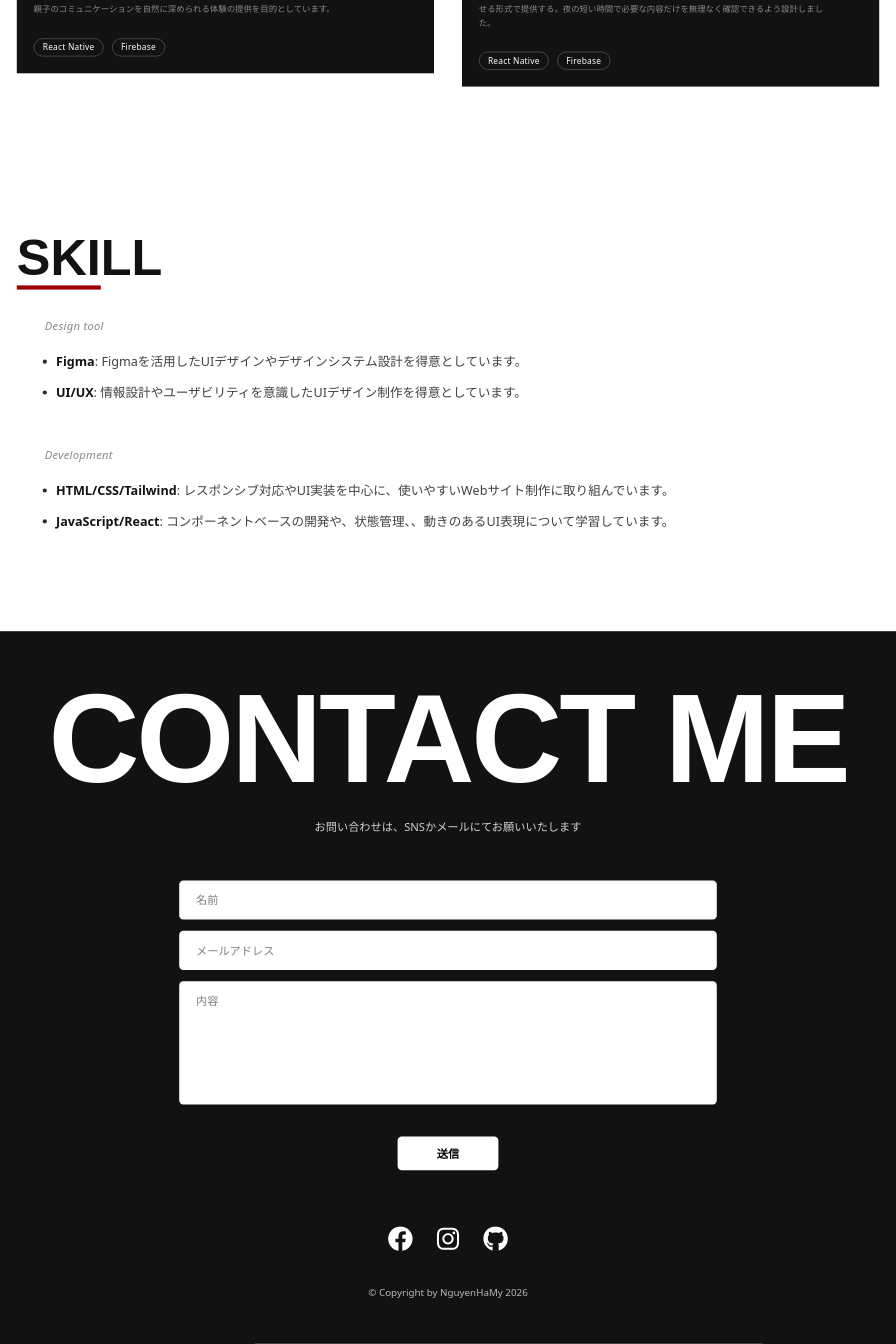
Repository: meme2603/Portfolio-HaMy
Page: / (app in my-portfolio/)
An editor plug-in stored every save of this project. The page is shown before and after the next save, followed by the edit.
The browser window is 1280 px wide. The pictures show the part of the page from y = 4474 to 6394 px (the page is 6394 px tall before and 6386 px after), at 70% of full size.
Some web fonts or font styles are not loaded; a fallback is used. The project was rebuilt for these pictures with package versions that can differ from the ones it lists, and the page was loaded fresh each time. Also part of the build but not shown: my-portfolio/vite.config.js.

Above is the page before, as saved 2026-05-29 14:50:33.

After the next save:
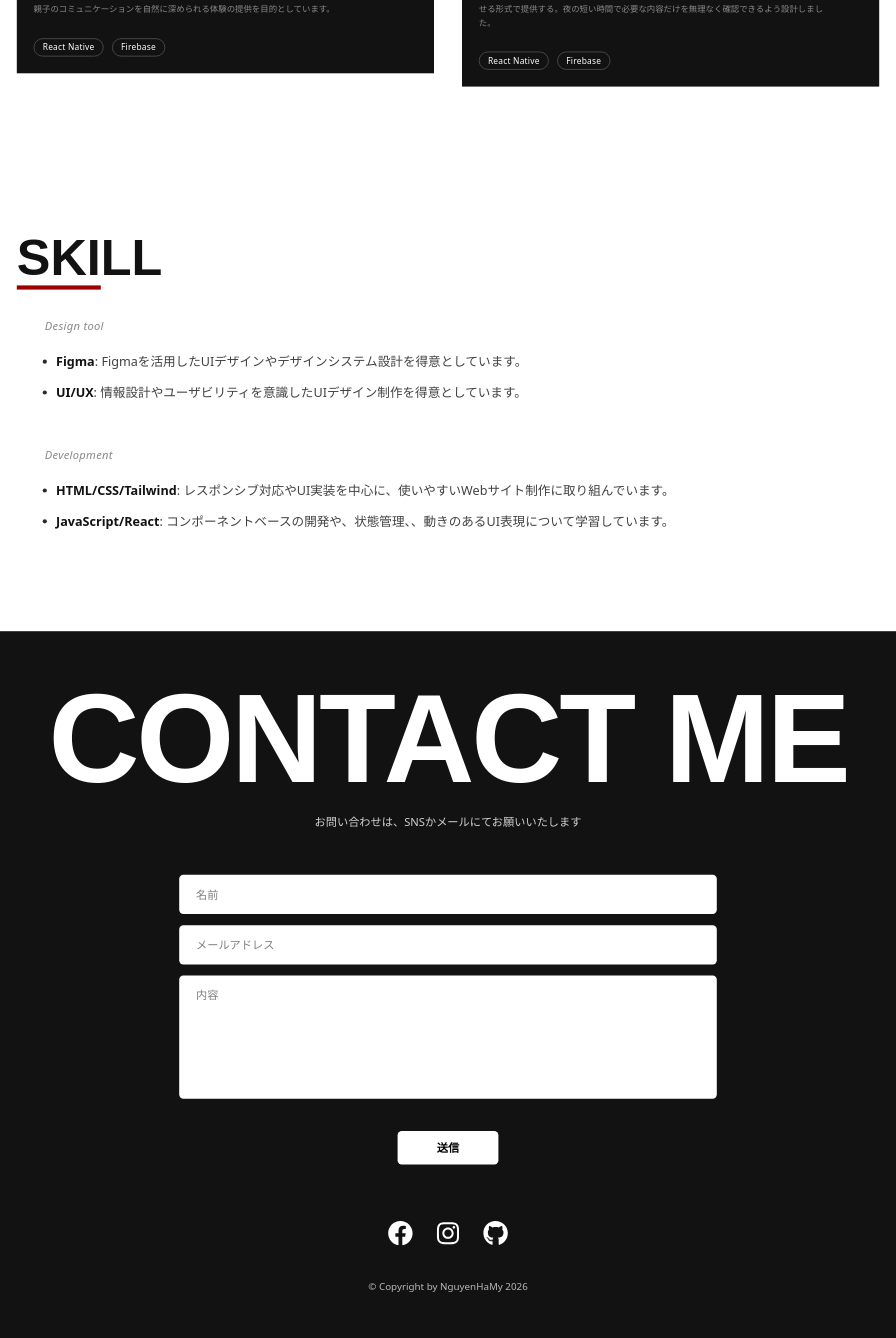
Saved 38 s later.
--- a/my-portfolio/src/components/Contact.jsx
+++ b/my-portfolio/src/components/Contact.jsx
@@ -25,8 +25,7 @@ function Contact() {
                 text-sm
                 md:text-base
                 text-white/80
-
-                mt-6
+                mt-4
                 mb-16
                 "
         >
